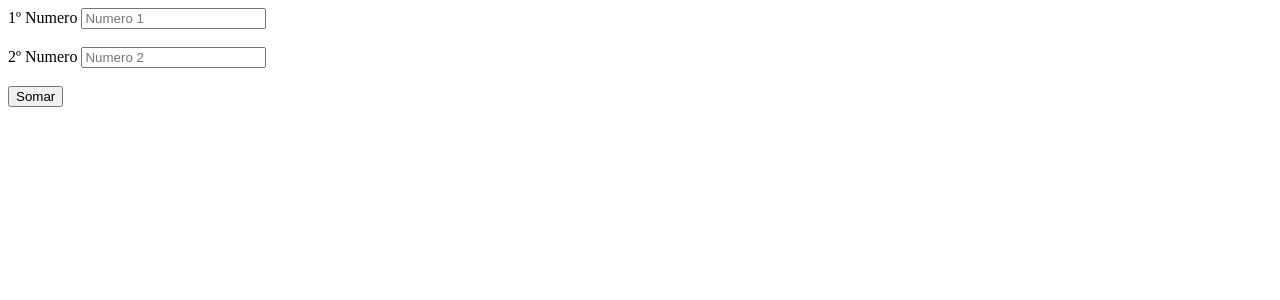
Repository: Deivisoons/spring
Page: http://localhost/Projeto_JSP/FormularioTeste.jsp
An editor plug-in stored every save of this project. The page is shown before and after the next save, followed by the edit.
The browser window is 1280 px wide. The pictures show the whole page.
The page is served by Tomcat 9.

Above is the page before, as saved 2020-02-08 17:49:23.

After the next save:
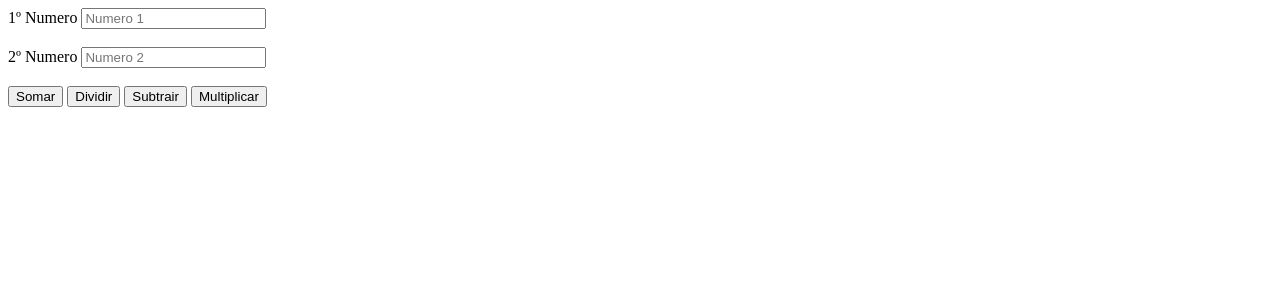
Saved 5 min 59 s later.
--- a/Projeto JSP/WebContent/FormularioTeste.jsp
+++ b/Projeto JSP/WebContent/FormularioTeste.jsp
@@ -16,6 +16,9 @@
 <input type="number" name="numero2" size="30" placeholder="Numero 2">
 <br><br>
 <input type="submit" value="Somar">
+<input type="submit" value="Dividir">
+<input type="submit" value="Subtrair">
+<input type="submit" value="Multiplicar">
 </form>
 
 </body>
